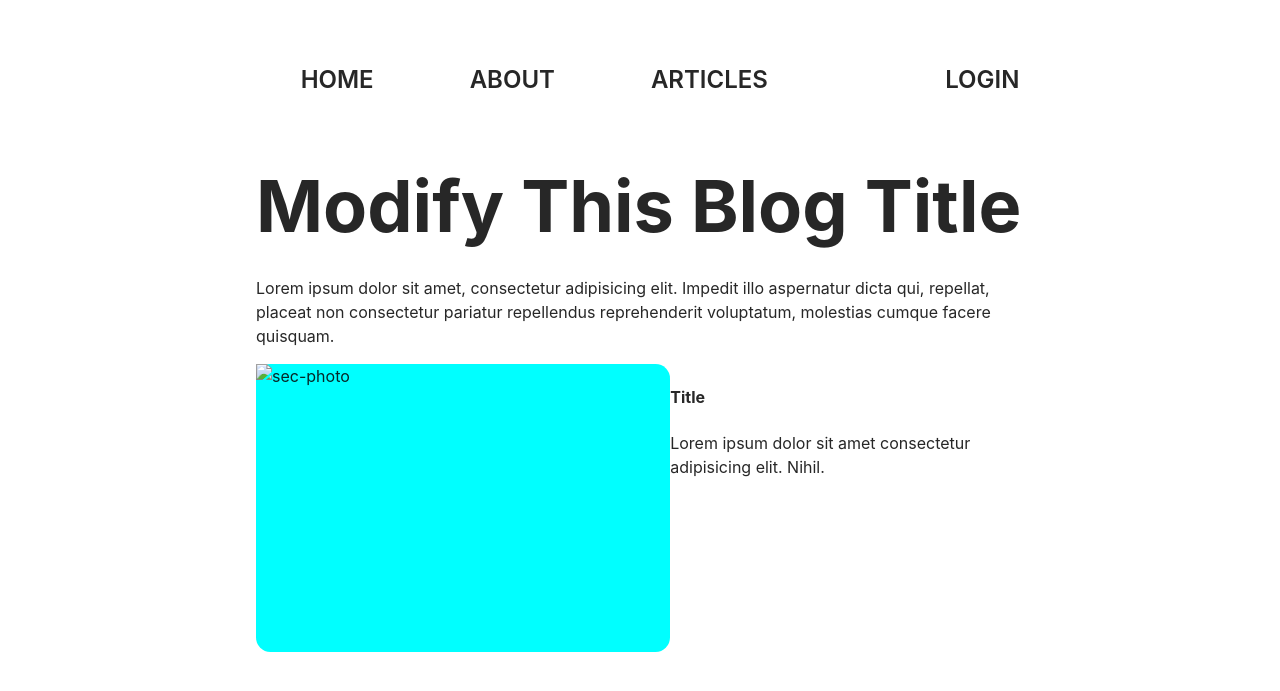
Repository: ValGrace/-static-site
Page: /home (app in client/)
These files come from the project's save history. The page is drawn as it stood at one moment and after the next save; the edit follows.
The browser window is 1280 px wide. The pictures show the whole page.
The project was rebuilt for these pictures with package versions that can differ from the ones it lists, and the page was loaded fresh each time. Also part of the build but not shown: client/vite.config.js, client/src/Utils/appwrite.js, client/src/Components/Inputs.css, client/src/Components/Login.jsx, client/src/Components/Signup.jsx.

Above is the page before, as saved 2023-02-05 11:58:36.

### client/src/main.jsx
import React from 'react'
import ReactDOM from 'react-dom/client'
import App from './App'
import './index.css'
import { BrowserRouter } from 'react-router-dom'
ReactDOM.createRoot(document.getElementById('root')).render(
  <React.StrictMode>
    <BrowserRouter>
    <App />
    </BrowserRouter>
  </React.StrictMode>,
)

### client/src/App.jsx
import PageRouter from './Routing/PageRouter'
import './App.css'

function App() {


  return (
    <div className="App">
      <PageRouter />
    </div>
  )
}

export default App

### client/src/index.css
:root {
  font-family: Inter, system-ui, Avenir, Helvetica, Arial, sans-serif;
  line-height: 1.5;
  font-weight: 400;

  color-scheme: light dark;
  color: rgba(7, 7, 7, 0.87);
  background-color: #ffffff;

  font-synthesis: none;
  text-rendering: optimizeLegibility;
  -webkit-font-smoothing: antialiased;
  -moz-osx-font-smoothing: grayscale;
  -webkit-text-size-adjust: 100%;
}

/* a {
  font-weight: 500;
  color: #646cff;
  text-decoration: inherit;
}
a:hover {
  color: #535bf2;
}

body {
  margin: 0;
  display: flex;
  place-items: center;
  min-width: 320px;
  min-height: 100vh;
}

h1 {
  font-size: 3.2em;
  line-height: 1.1;
}

button {
  border-radius: 8px;
  border: 1px solid transparent;
  padding: 0.6em 1.2em;
  font-size: 1em;
  font-weight: 500;
  font-family: inherit;
  background-color: #1a1a1a;
  cursor: pointer;
  transition: border-color 0.25s;
}
button:hover {
  border-color: #646cff;
}
button:focus,
button:focus-visible {
  outline: 4px auto -webkit-focus-ring-color;
}

@media (prefers-color-scheme: light) {
  :root {
    color: #213547;
    background-color: #ffffff;
  }
  a:hover {
    color: #747bff;
  }
  button {
    background-color: #f9f9f9;
  }
} */

### client/src/Routing/PageRouter.jsx
import Dashboard from "../Pages/Dashboard";
import HomePage from "../Pages/HomePage";
import { Routes, Route} from "react-router-dom"

const PageRouter = () => {
    return (
        <Routes>
            <Route path="/" element={<Dashboard />} />
            <Route path="/home" element={<HomePage />} />
        </Routes>
    )
}

export default PageRouter

### client/src/App.css
.App {
  display: flex;
  flex-direction: column;
  justify-content: center;
  align-items: center;
}

### client/src/Pages/Dashboard.jsx
import React, { useReducer} from 'react'
import Login from '../Components/Login'
import Signup from '../Components/Signup'
import "../Components/Inputs.css"
const initialState = {page : <Login />}
function reducer(state, action) {
    switch(action.type) {
        case 'loginpage':
          return { page: <Login />}
        case 'signuppage':
            return { page: <Signup />}
        default:
            return { page: <h2>Loading....</h2>}
    }
}
const Dashboard = () => {
    const [state, dispatch] = useReducer(reducer, initialState)
    return (
        <div className='dashboard'>
         <h2>Static Site Generator</h2>
         <div>Static site Image</div>
         <div className='dash' id='dash'>
            <div className='toggleForms'>
                <button onClick={() => dispatch({type: 'loginpage'})} className="type-btn">Login</button>
                <button onClick={() => dispatch({type: 'signuppage'})} className="type-btn">Signup</button>
                </div>
            <React.Fragment>{state.page}</React.Fragment>

            <button id="auth-btns">Login with Github account</button>
            <button id="auth-btns">Login with Google account</button>
         </div>
       </div>
    )
}

export default Dashboard

### client/src/Pages/HomePage.jsx
import Navbar from "../Components/Navbar"
import TopSection from "../Components/TopSection"
const HomePage = () => {
    return (
        <>
         <Navbar />
         <TopSection />
        </>
    )
}

export default HomePage

### client/src/Components/Navbar.jsx
import "./Navbar.css"
const Navbar = () => {
    return (
        <nav>
            <ul>
                <li>home</li>
                <li>about</li>
                <li>articles</li>
            </ul>
            <ul>
                <li>Login</li>
            </ul>
        </nav>
    )
}

export default Navbar

### client/src/Components/TopSection.jsx
const TopSection = () => {
    return (
      <>
      <div className="top-text" id="top-text">
      <h2>Modify this blog title</h2>
      <p>Lorem ipsum dolor sit amet, consectetur adipisicing elit. Impedit illo aspernatur dicta qui, repellat, placeat non consectetur pariatur repellendus reprehenderit voluptatum, molestias cumque facere quisquam.</p>
      </div>
      <div className="head-section">
        <div className="head-img">
            <img src="" alt="sec-photo" />
        </div>
        <div className="side-section">
            <div className="side-img">
                <img src="" alt=""/>
            </div>
            <div>
                <h4>Title</h4>
                <p>Lorem ipsum dolor sit amet consectetur adipisicing elit. Nihil.</p>
            </div>
        </div>
      </div>
      </>
    )
}

export default TopSection

### client/src/Components/Navbar.css
nav {
    width: 70vw;
    height: 20vh;
    display: flex;
}

nav > ul{
  display: flex;
  flex-direction: row;
  text-transform: uppercase;
  list-style-type: none;
  justify-content: center;
  align-items: center;
  gap: 4em;
  font-weight: 600;
  font-size: 1.5rem;
  flex-grow: 1;
}

#top-text {
    width: 60vw;
}

#top-text > h2 {
    font-size: 4.5rem;
    text-transform: capitalize;
    margin: 0;
    /* float: left; */
}

#top-text > p {
    float: right;

}

.head-section {
    display: flex;
    width: 60vw;
}

.head-img {
    background-color: aqua;
    width: 70%;
    border-radius: 0.9em;
    height: 40vh;
}

.side-section {
    display: flex;
    flex-direction: row;
}

.side-img {
    background-color: black;
}

Loaded but not shown: client/index.html (common file)

After the next save:
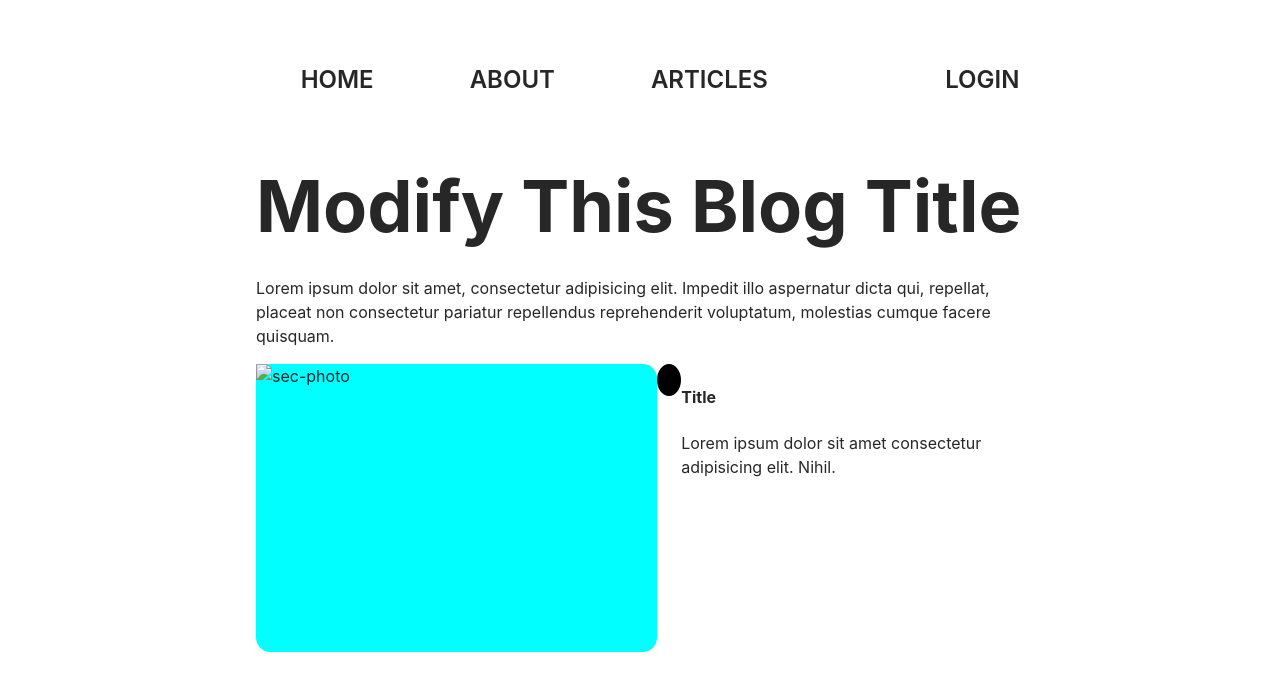
Saved 40 s later.
--- a/client/src/Components/Navbar.css
+++ b/client/src/Components/Navbar.css
@@ -52,4 +52,7 @@ nav > ul{
 
 .side-img {
     background-color: black;
+    width: 2rem;
+    height: 2rem;
+    border-radius: 50%;
 }
